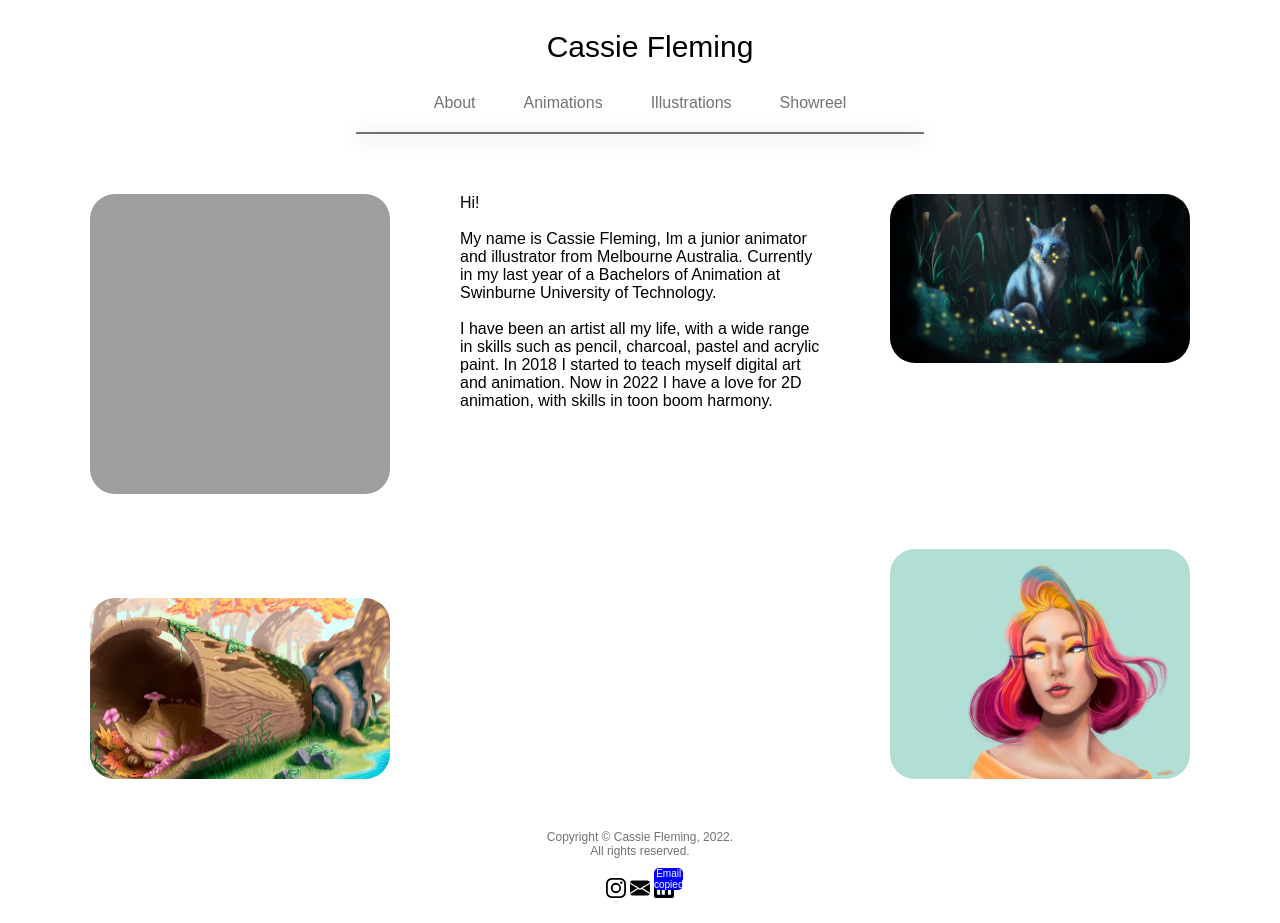
Repository: David-Waite/Cassie-Fleming-portfolio
Page: /
The author's editor kept a copy of each file at every save. The page is drawn from the files as they stood at one save, then again after the next save.
The browser window is 1280 px wide. The pictures show the whole page.
Pictures or frames that could not be fetched are drawn as grey boxes. Some web fonts or font styles are not loaded; a fallback is used. The project was rebuilt for these pictures with package versions that can differ from the ones it lists, and the page was loaded fresh each time. The framework's server and built-in components were replaced by stand-ins that run in the browser. Also part of the build but not shown: next.config.js.

Above is the page before, as saved 2022-09-11 17:51:36.

### pages/index.js
import Head from "next/head";
import Image from "next/image";
import styles from "../styles/Home.module.css";

export default function Home() {
  return (
    <div className={styles.layout}>
      <div className={`${styles.photoContainer} ${styles.photoContainerLeft}`}>
        <div>
          <Image
            className={styles.photo}
            src="/Cassie.png"
            height={3024}
            width={3024}
            alt="Photo of me, Cassie Fleming"
          />
        </div>
        <div className={styles.photo}>
          <Image
            className={styles.photo}
            src="/cherry blossom.2.jpg"
            height={725}
            width={1200}
            alt="Cherry Blossom covered fox, taking a nap in a hollowed tree log, by the river"
          />
        </div>
      </div>

      <div className={styles.aboutText}>
        Hi!
        <br />
        <br />
        My name is Cassie Fleming, Im a junior animator and illustrator from
        Melbourne Australia. Currently in my last year of a Bachelors of
        Animation at Swinburne University of Technology.
        <br />
        <br /> I have been an artist all my life, with a wide range in skills
        such as pencil, charcoal, pastel and acrylic paint. In 2018 I started to
        teach myself digital art and animation. Now in 2022 I have a love for 2D
        animation, with skills in toon boom harmony.
      </div>
      <div className={styles.photoContainer}>
        <div className={styles.photo}>
          <Image
            className={styles.photo}
            src="/fox.png"
            height={1080}
            width={1920}
            alt="glowing fox"
          />
        </div>
        <div className={styles.photo}>
          <Image
            className={styles.photo}
            src="/Inkedhuman.jpg"
            height={930}
            width={1211}
            alt="girl with cool hair a swaggie eyes"
          />
        </div>
      </div>
    </div>
  );
}

### components/Layout.js
import Link from "next/link";
import React, { useState } from "react";
import { Instagram, Linkedin, EnvelopeFill } from "react-bootstrap-icons";

export default function Layout({ children }) {
  const [navClass, setNavClass] = useState("");

  function toggleNav() {
    setNavClass((navClass) => {
      return navClass === "change" ? "" : "change";
    });
  }

  return (
    <div className={`layout ${navClass}`}>
      <header className="header">
        <h1>
          <Link href="/">
            <a>Cassie Fleming</a>
          </Link>
        </h1>

        <div className="navbar-icon" onClick={toggleNav}>
          <div className="bar1"></div>
          <div className="bar2"></div>
          <div className="bar3"></div>
        </div>

        <nav>
          <Link href="/">
            <a>About</a>
          </Link>
          <Link href="/">
            <a>Animations</a>
          </Link>
          <Link href="/">
            <a>Illustrations</a>
          </Link>
          <Link href="/">
            <a>Showreel</a>
          </Link>
        </nav>
      </header>
      <div className="navbar-line"></div>

      {children}
      <footer>
        <p>Copyright &copy; Cassie Fleming, 2022.</p>
        <p>All rights reserved.</p>
        <div className="social">
          <span>
            <Link href="https://www.instagram.com/cass_illustrations/">
              <a target="_blank">
                <Instagram />
              </a>
            </Link>
          </span>
          <div
            className="email"
            onClick={() => {
              navigator.clipboard.writeText("cassie.fleming2000@gmail.com");
            }}
          >
            <EnvelopeFill />
            <span>Email copied</span>
          </div>
          <span>
            <Link href="http://www.linkedin.com/in/cassie-fleming-500a56204">
              <a target="_blank">
                <Linkedin />
              </a>
            </Link>
          </span>
        </div>
      </footer>
    </div>
  );
}

### styles/globals.css
@import url("https://fonts.googleapis.com/css2?family=Zen+Maru+Gothic:wght@300;400;500;700&display=swap");

* {
  font-family: "Zen Maru Gothic", sans-serif;
  box-sizing: border-box;
  margin: 0;
  padding: 0;
}

.layout {
  margin: 30px 30px 0;
  display: flex;
  flex-direction: column;
  align-items: center;
  position: relative;
  min-height: calc(100vh - 30px);

  padding-bottom: 140px;
  text-align: center;
}

h1 {
  font-weight: 400;
  font-size: 30px;
  margin-bottom: 30px;
  margin-left: 20px;
}

a:hover {
  color: black;
}

a {
  text-decoration: none;
  color: black;
}
.hover {
  color: red;
}
nav a {
  color: #727272;
  margin: 24px;
  font-size: 16px;
}
.navbar-line {
  width: 568px;
  box-shadow: rgba(0, 0, 0, 0.35) 0px 3px 17px;
  margin: 20px 0 60px;
  border: #727272 solid 1px;
}
footer {
  position: absolute;
  bottom: 0px;
  font-size: 12px;
  color: #727272;
}
/* navBar icon */
.navbar-icon {
  display: none;
  cursor: pointer;
  margin-right: 20px;
}

.bar1,
.bar2,
.bar3 {
  width: 20px;
  height: 3px;
  background-color: #727272;
  margin: 4px 0;
  transition: 0.4s;
  border-radius: 5px;
}

.change .bar1 {
  transform: translate(0, 7px) rotate(-45deg);
}

.change .bar2 {
  opacity: 0;
}

.change .bar3 {
  transform: translate(0, -7px) rotate(45deg);
}

.social {
  display: flex;
  justify-content: center;
  padding: 20px;
}
.social span {
  color: black;
  margin: 0 4px;
  cursor: pointer;
  font-size: 20px;
}

.email {
  position: relative;
  font-size: 20px;
  color: black;
}
.email span {
  position: absolute;
  font-size: 10px;

  text-align: center;
  left: ;
  top: -10px;
  background-color: blue;
  color: #ffffff;
  padding: 0;
  border-radius: 5px;
}

@media (max-width: 810px) {
  .layout {
    margin: 20px 20px 0;
  }
  header {
    position: relative;
    display: flex;
    align-items: center;
    justify-content: space-between;
    width: 100vw;
  }
  .navbar-icon {
    display: inline-block;
  }
  h1 {
    font-size: 20px;
    margin-bottom: 0;
  }

  nav {
    position: absolute;
    top: 50px;
    display: flex;
    flex-direction: column;
    width: 100vw;
    height: 0px;
    transition: 0.5s;
    z-index: 1;
    background-color: white;
    overflow: hidden;
  }
  nav a {
    display: flex;
    justify-content: center;
    align-items: center;
    margin: 0;
    height: 50px;
  }
  .change nav {
    height: 100vh;
  }
  a:hover {
    background-color: #c4c3c3;
  }

  .navbar-line {
    width: 100vw;
  }
  .change .layout {
    margin-top: 20px;
  }
}

### styles/Home.module.css
.layout {
  display: grid;
  grid-template-columns: 1fr 1fr 1fr;
  gap: 70px;
}

.aboutText {
  max-width: 600px;
  min-width: 300px;
  text-align: start;
}

.photoContainer {
  display: flex;
  flex-direction: column;
  justify-content: space-between;
  max-width: 300px;
  gap: 100px;
}

.photoContainerLeft {
  margin-left: auto;
}
.photo {
  border-radius: 25px;
}
.profile {
  display: none;
}

@media (max-width: 1000px) {
  .layout {
    gap: 20px;
  }
}
@media (max-width: 810px) {
  .layout {
    display: inline;
  }
  .photo {
    display: none;
  }
  .photoContainerLeft {
    margin: 0 auto 30px;
    max-width: 400px;
  }
  .aboutText {
    max-width: 400px;
  }
}

Loaded but not shown: pages/_app.js (common file)

After the next save:
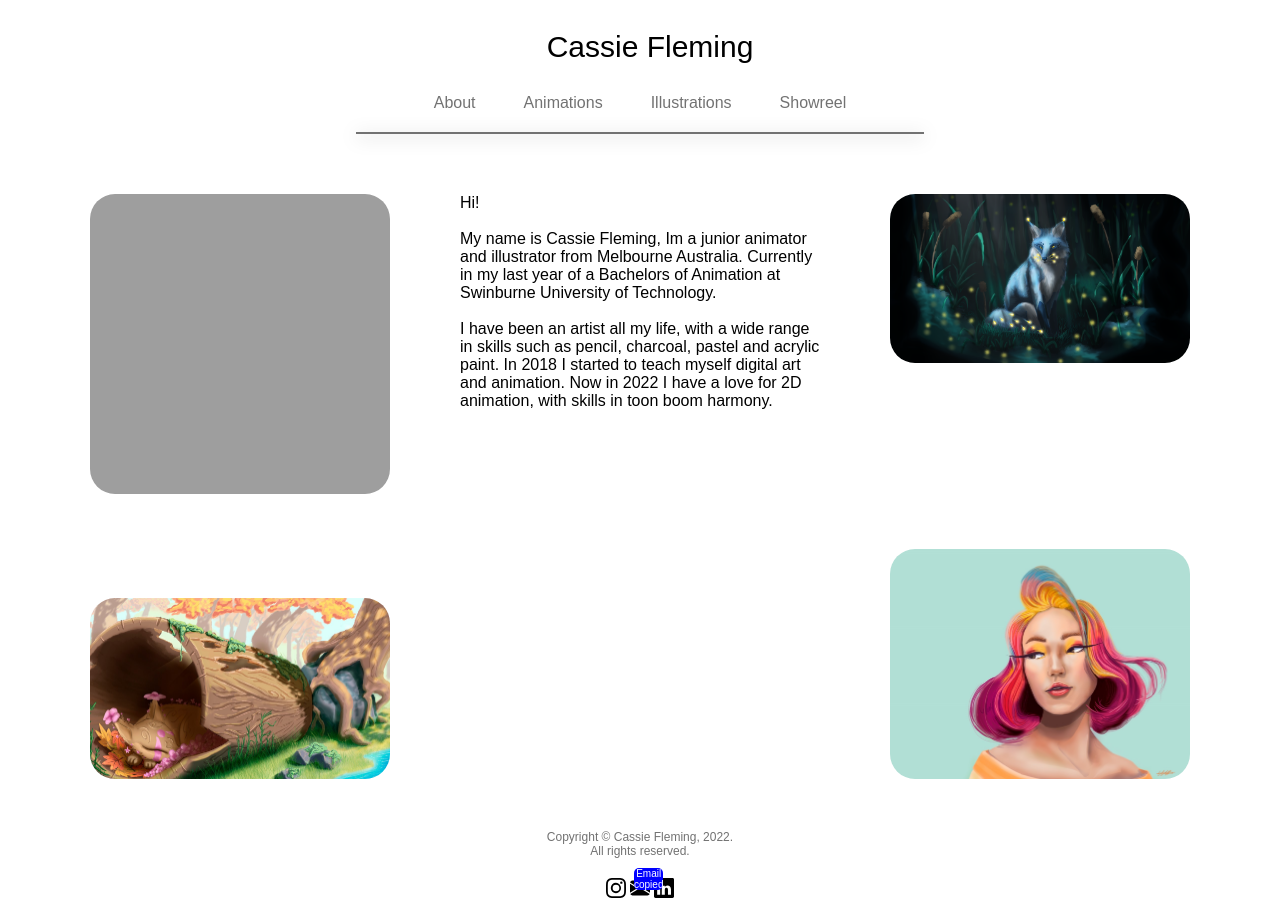
Saved 6 s later.
--- a/styles/globals.css
+++ b/styles/globals.css
@@ -106,7 +106,7 @@ footer {
   font-size: 10px;
 
   text-align: center;
-  left: ;
+  left: 0px;
   top: -10px;
   background-color: blue;
   color: #ffffff;
